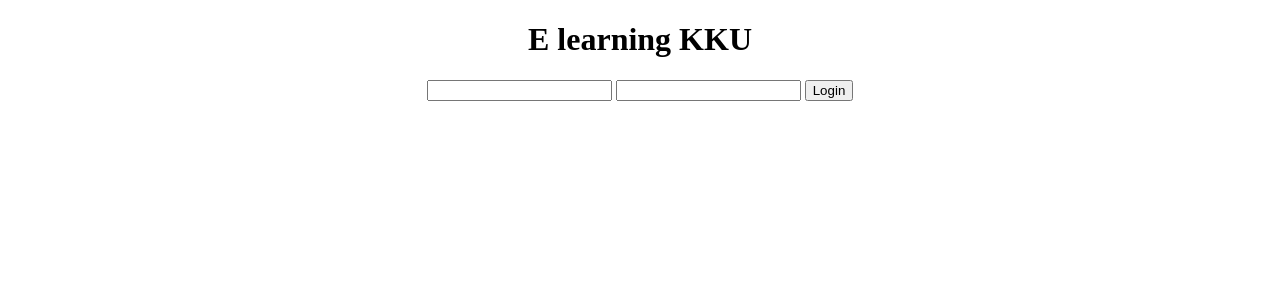
Repository: Wanaratkhamla/LabJavaWeb
Page: http://localhost/TestJoinTable/Login.jsp
The author's editor kept a copy of each file at every save. The page is drawn from the files as they stood at one save, then again after the next save.
The browser window is 1280 px wide. The pictures show the whole page.
The page is served by Tomcat 9. Other server files are loaded and not shown.

Above is the page before, as saved 2017-02-28 18:09:51.

### TestJoinTable/WebContent/Login.jsp
<%@ page contentType="text/html; charset=utf-8" pageEncoding="utf-8"%>
<!DOCTYPE html PUBLIC "-//W3C//DTD HTML 4.01 Transitional//EN" "http://www.w3.org/TR/html4/loose.dtd">
<html>
<head>
<meta http-equiv="Content-Type" content="text/html; charset=ISO-8859-1">
<meta content="utf-8">
<title>Insert title here</title>
</head>
<body>
	<div align="center">
		<form action="login">
		<h1>E learning KKU</h1>
			<input type="hidden" name="action" value="login">
			<input size="20" type="text" name="SID">
			<input size="20" type="text" name="Password">
			<button type="submit"> Login </button>
		</form>
	</div>
</body>
</html>

After the next save:
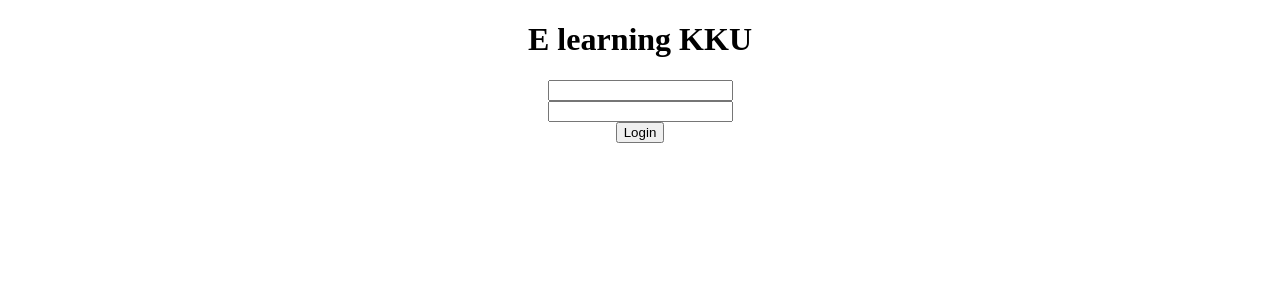
Saved 20 s later.
--- a/TestJoinTable/WebContent/Login.jsp
+++ b/TestJoinTable/WebContent/Login.jsp
@@ -11,8 +11,8 @@
 		<form action="login">
 		<h1>E learning KKU</h1>
 			<input type="hidden" name="action" value="login">
-			<input size="20" type="text" name="SID">
-			<input size="20" type="text" name="Password">
+			<input size="20" type="text" name="SID"> <br>
+			<input size="20" type="text" name="Password"> <br>
 			<button type="submit"> Login </button>
 		</form>
 	</div>
